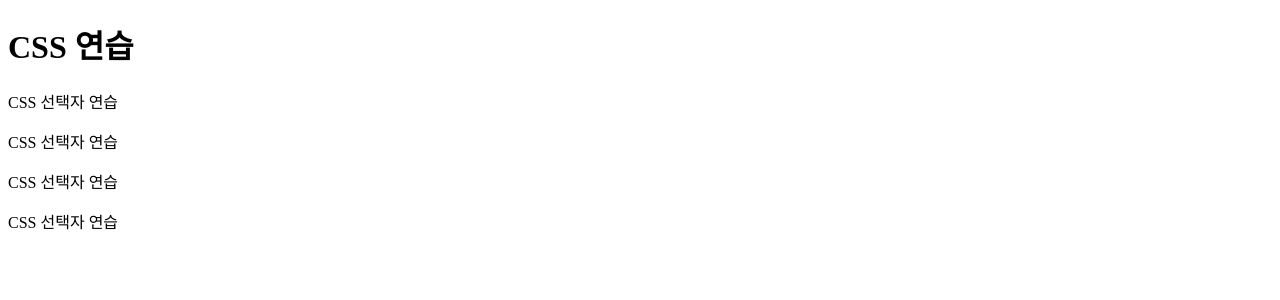
Repository: Kebiskim/2023_WebStudy
Page: 01_css/src/main/webapp/day01/Ex01_Selector.html
These files come from the project's save history. The page is drawn as it stood at one moment and after the next save; the edit follows.
The browser window is 1280 px wide. The pictures show the whole page.

Above is the page before, as saved 2023-06-23 00:54:56.

### 01_css/src/main/webapp/day01/Ex01_Selector.html
<!DOCTYPE html>
<html>
<head>
<meta charset="UTF-8">
<title>CSS</title>
</head>
<body>
<!--
	CSS문법 : 선택자(selector){속성(property) : 값; 속성(property) : 값...);

	- 전체 선택자 : *
	- 태그 선택자 : 해당 태그
	- 클래스 선택자 : .(점) 여러개 선택이 가능 (클래스 속성을 가진 태그 선택)
	- 아이디 선택자 : #(샵) 하나만 선택할 때 사용 (id 속성을 가진 태그를 선택)
	- 자식 선택자 : 부모선택자 자식선택자
	- 자손 선택자 : 부모선택자 > 자식선택자
	- 속성 선택자 : 선택자[속성=값] => 해당 속성과 일치하는 태그를 선택
	-			선택자[속성^=값] => 해당 속성이 ~로 시작하는 태그 선택
	-			선택자[속성*=값] => 해당 속성과 ~을 포함하는 태그 선택
	-			선택자[속성&=값] => 해당 속성과 일치하는 태그 선택
	-			선택자[속성&=값] => 해당 속성이 ~로 끝나는 태그 선택
	- 구조 선택자 : 선택자:first
	-			선택자:last
	-			선택자:even
	-			선택자:odd

	** 우선 순위
	- 사용자 스타일 > 제작자 스타일 > 브라우저 스타일
	- 인라인 > id > 클래스 > 태그
 -->

	<h1> CSS 연습 </h1>
	<p class="fgcolor"> CSS 선택자 연습 </p>
	<p> CSS 선택자 연습 </p>
	<p> CSS 선택자 연습 </p>
	<p> CSS 선택자 연습 </p>
</body>
</html>

After the next save:
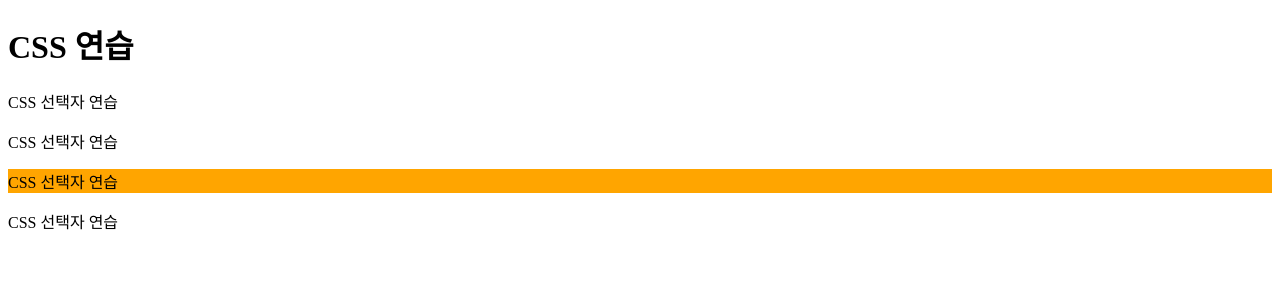
Saved 15 s later.
--- a/01_css/src/main/webapp/day01/Ex01_Selector.html
+++ b/01_css/src/main/webapp/day01/Ex01_Selector.html
@@ -32,7 +32,7 @@
 	<h1> CSS 연습 </h1>
 	<p class="fgcolor"> CSS 선택자 연습 </p>
 	<p> CSS 선택자 연습 </p>
-	<p> CSS 선택자 연습 </p>
+	<p style="background-color:orange;" class="fgcolor"> CSS 선택자 연습 </p>
 	<p> CSS 선택자 연습 </p>
 </body>
 </html>
